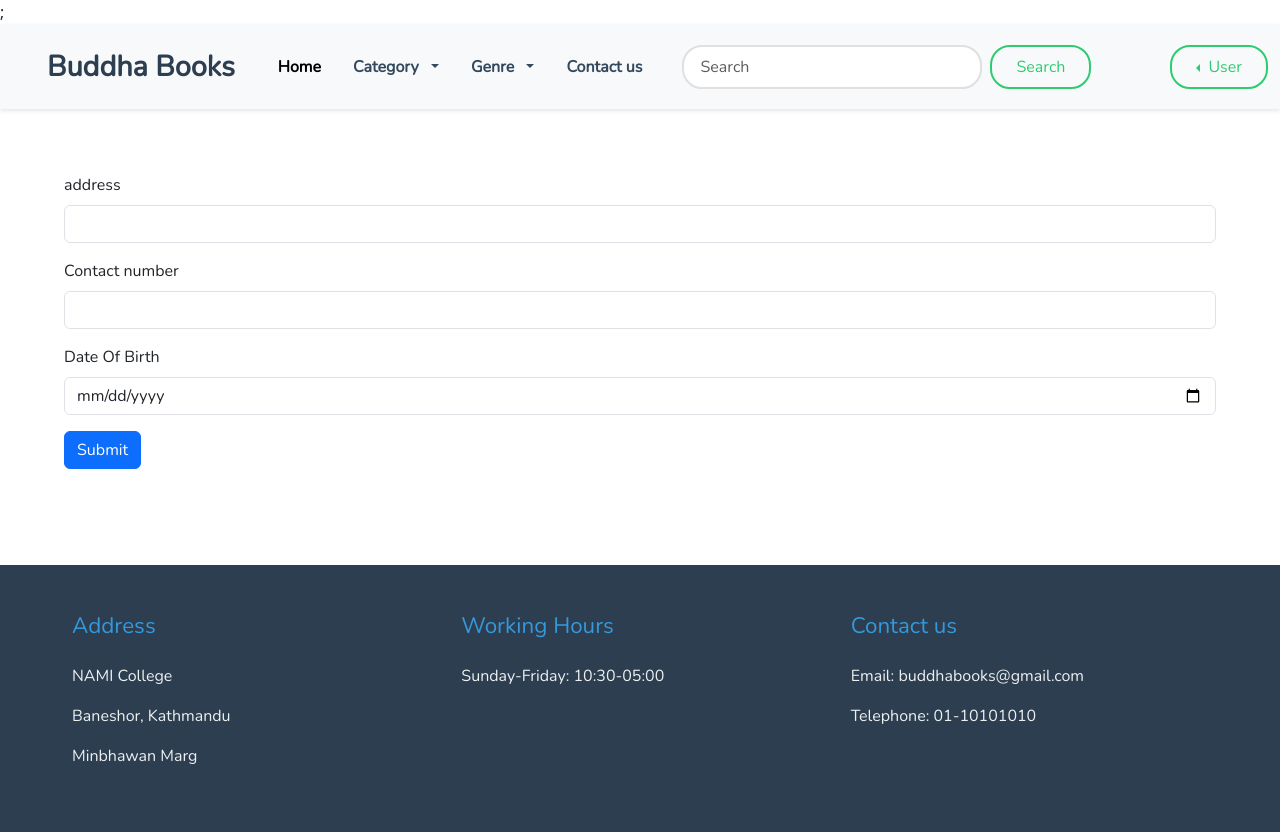
Repository: Shuprawal/Library-Management-System
Page: resources/views/addProfile.blade.php
The author's editor kept a copy of each file at every save. The page is drawn from the files as they stood at one save, then again after a run of saves.
The browser window is 1280 px wide. The pictures show the whole page.
Some web libraries are served in a nearby version. The page is served by the project's Laravel application, run on PHP 8.4 with Laravel 12. Other server files are loaded and not shown. The database holds what the project's SQL file puts in it. The template is opened directly, without the code that normally fills it, so the values that code supplies are empty.

Above is the page before, as saved 2024-12-29 12:43:31.

### app/Providers/AppServiceProvider.php
<?php

namespace App\Providers;

use App\Models\Publisher;
use Illuminate\Support\ServiceProvider;
use Illuminate\Support\Facades\View;
use App\Models\Genre;
use App\Models\Author;
use App\Models\Book;
class AppServiceProvider extends ServiceProvider
{
    /**
     * Register any application services.
     */
    public function register(): void
    {
        //
    }

    /**
     * Bootstrap any application services.
     */
    public function boot(): void
    {
        //
        View::composer(['kitab', 'allbooklist', 'layouts.try'], function ($view) {
            $view->with('genres', Genre::all());
        });

        View::composer(['kitab', 'allbooklist', 'layouts.try'], function ($view) {
            $view->with('authors', Author::all());
        });

        View::composer(['kitab', 'allbooklist', 'layouts.try'], function ($view) {
            $view->with('publishers', Publisher::all());
        });

        View::composer(['list', 'index'], function ($view) {
            $view->with('books', Book::with(['authors', 'genres', 'publisher'])->get());
        });


        // View::composer('book', function ($view) {
        //     $view->with('book', function () {
        //         // Retrieve the book ID from the route
        //         $id = request()->route('id');

        //         // Fetch the book along with related models
        //         return Book::with(['authors', 'genres', 'publisher'])->findOrFail($id);
        //     });
        // });
        // public function index()
        // {
        //     $books = Book::with(['authors', 'genres', 'publisher'])->get();
        //     return view('allbooklist', compact('books'));
        // }
    }
}

### routes/web.php
<?php
use App\Http\Controllers\BookController;
use App\Http\Controllers\AuthorController;
use App\Http\Controllers\PublisherController;
use App\Http\Controllers\ProfileController;
use App\Http\Controllers\GenreController;
use Illuminate\Support\Facades\Route;
use Illuminate\Support\Facades\Auth;
use Laravel\Jetstream\Http\Controllers\Inertia\UserProfileController;

Route::get('/login', function () {
    return view('login');
})->name('login');

Route::get('/data', function () {
    return view('data');
});

Route::middleware([
    'auth:sanctum',
    config('jetstream.auth_session'),
    'verified',
])->group(function () {
    Route::get('/dashboard', function () {
        return view('dashboard');
    })->name('dashboard');
});

Route::get('/new', function () {
    return view('new');
});

Route::get('/', function () {
    return view('index');
})->name('home');



Route::get('/allist', function () {
    return view('authorlist');
})->name('authorlist');

Route::get('/addauthor', function () {
    return view('author.addauthor');
});


Route::get('/book', function () {
    return view('book');
})->name('book');

Route::get('/book2', function () {
    return view('book2');
})->name('book2');

Route::get('/booklist', function () {
    return view('booklist');
});

Route::get('/add', function () {
    return view('add');
});

Route::get('/addbook', function () {
    return view('addbook');
});

Route::get('/kitab', function () {
    return view('kitab');
})->name('kitab');

Route::get('/addmore', function () {
    return view('addmore');
});

Route::get('/addgenre', function () {
    return view('addgenre');
});

Route::get('/addpublisher', function () {
    return view('addpublisher');
});

Auth::routes();

// Route::get('/home', [App\Http\Controllers\HomeController::class, 'index'])->name('index');

// Route ::get('addpublisher',[PublisherController::class, 'index'])->name('publisher.index');
// Route ::get('addpublisher',[PublisherController::class, 'create'])->name('publisher.create');
// Route ::post('pulish',[PublisherController::class, 'store'])->name('publisher.store');


// Display a list of publishers (index)
Route::get('publishers', [PublisherController::class, 'index'])->name('publisher.index');

// Display the form to add a publisher (create)
Route::get('addpublisher', [PublisherController::class, 'create'])->name('publisher.create');

// Store the new publisher (store)
Route::post('addpublisher', [PublisherController::class, 'store'])->name('publisher.store');
Route::post('addpublisher', [PublisherController::class, 'store'])->name('publisher.store');
Route::post('kitab', [BookController::class, 'store'])->name('book.store');






Route::get('genres', [GenreController::class, 'index'])->name('genre.index');


Route::get('addgenre', [GenreController::class, 'create'])->name('genre.create');


Route::post('addgenre', [GenreController::class, 'store'])->name('genre.store');

// Route::get('/books/{genre}', [BookController::class, 'listByGenre'])->name('booklist');




Route::get('authors', [AuthorController::class, 'index'])->name('author.index');


Route::get('addauthor', [AuthorController::class, 'create'])->name('author.create');


Route::post('addauthor', [AuthorController::class, 'store'])->name('author.store');




Route::get('books', [BookController::class, 'index'])->name('book.index');


Route::get('kitab', [BookController::class, 'create'])->name('book.create');


Route::post('kitab', [BookController::class, 'store'])->name('book.store');

// Route::post('/kitab', [BookController::class, 'store']);

Route::get('/addNewBook',function(){
    return view('addNewBook');
})->name('new');


Route::get('/list', function () {
    return view('list');
})->name('list');


// Route::get('/booklist', function () {
//     return view('booklist');
// })->name('booklist');

Route::get('authorlist', [AuthorController::class, 'index'])->name('authorlist');
Route::delete('autorlist/{id}', [AuthorController::class, 'destroy'])->name('delete_author');

Route::get('genrelist', [GenreController::class, 'index'])->name('genrelist');
Route::delete('genrelist/{id}', [GenreController::class, 'destroy'])->name('delete_genre');

Route::get('publisherlist', [PublisherController::class, 'index'])->name('publisherlist');
Route::delete('publisher/{id}', [PublisherController::class, 'destroy'])->name('delete_publisher');


Route::get('allbooklist', [BookController::class, 'index'])->name('allbooklist');
Route::delete('allbooklist/{id}', [BookController::class, 'destroy'])->name('delete_book');

Route::get('/book/{id}', [BookController::class, 'show'])->name('book');


 Route::post('/publisherEdit/{id}', [PublisherController::class, 'edit'])->name('publisher_edit');


Route::get('/publisherEdit/{id}', [PublisherController::class, 'edit'])->name('publisher_edit');
Route::put('/publisherEdit/{id}', [PublisherController::class, 'update'])->name('publisher_update');



Route::post('/authorEdit/{id}', [AuthorController::class, 'edit'])->name('author_edit');


Route::get('/authorEdit/{id}', [AuthorController::class, 'edit'])->name('author_edit');
Route::put('/authorEdit/{id}', [AuthorController::class, 'update'])->name('author_update');


Route::post('/genreEdit/{id}',[GenreController::class,'edit'])->name('genre_edit');
Route::get('/genreEdit/{id}',[GenreController::class,'edit'])->name('genre_edit');
Route::put('genreEdit/{id}',[GenreController::class,'update'])->name('genre_update');

Route::get('bookEdit/{id}',[BookController::class,'edit'])->name('book_edit');
Route::post('bookEdit/{id}',[BookController::class,'edit'])->name('book_edit');
Route::put('bookEdit/{id}',[BookController::class,'update'])->name('book_update');

 Route::get('booklist/{id}',[BookController::class,'getBooksByGenre'])->name('booklist');







//  show profile

Route::middleware('auth')->group(function(){

    Route::get('profile',[ProfileController::class,'show'])->name('showProfile');
    Route::get('addprofile',[ProfileController::class,'create'])->name('profilecreate');
});

### resources/views/addProfile.blade.php
@extends('layouts.try');
@section('hom-body')
<form action="{{route('profilecreate')}}" method="Post" class="m-3 p-5">
@csrf


  <div class="mb-3">
    <label for="exampleAddress" class="form-label">address</label>
    <input type="text" class="form-control" id="exampleInputAddress1">

  </div>
  <div class="mb-3">
    <label for="exampleInputContact" class="form-label">Contact number</label>
    <input type="text" class="form-control" id="exampleInputContact1">
  </div>

  <div class="mb-3">
    <label for="exampleInputDOB" class="form-label">Date Of Birth</label>
    <input type="date" class="form-control" id="exampleInputDOB">
  </div>

  <button type="submit" class="btn btn-primary">Submit</button>

</form>
@endsection

### app/Models/Genre.php
<?php

namespace App\Models;

use Illuminate\Database\Eloquent\Model;

class Genre extends Model
{
    protected $fillable = ['name'];

    public function books() {
        return $this->belongsToMany(Book::class, 'book_genres', 'genre_id', 'book_id');
    }
}

### app/Models/Author.php
<?php

namespace App\Models;

use Illuminate\Database\Eloquent\Model;

class Author extends Model
{
    protected $fillable = ['name'];

    // In Author Model
    public function books() {
        return $this->belongsToMany(Book::class, 'book_authors', 'authorID', 'bookID');
    }



}

### app/Models/Publisher.php
<?php

namespace App\Models;

use Illuminate\Database\Eloquent\Model;

class Publisher extends Model
{
    protected $fillable = ['name'];

    public function books() {
        return $this->hasMany(Book::class, 'publisherID','id');
    }
}

### library management system database.sql (the tables this page reads)
CREATE TABLE `authors` (
  `id` bigint(20) UNSIGNED NOT NULL,
  `name` varchar(255) NOT NULL,
  `created_at` timestamp NULL DEFAULT NULL,
  `updated_at` timestamp NULL DEFAULT NULL
) ENGINE=InnoDB DEFAULT CHARSET=utf8mb4 COLLATE=utf8mb4_unicode_ci;

INSERT INTO `authors` (`id`, `name`, `created_at`, `updated_at`) VALUES
(1, 'ram', '2024-12-23 05:53:07', '2024-12-23 05:53:07'),
(2, 'showan', '2024-12-23 05:53:38', '2024-12-23 05:53:38'),
(4, 'Nishan', '2024-12-23 06:12:34', '2024-12-23 06:12:34'),
(7, 'author one two', '2024-12-26 06:05:45', '2024-12-27 19:07:31'),
(8, 'Jane Austen', '2024-12-26 08:37:50', '2024-12-26 08:37:50'),
(9, 'Harper Lee', '2025-01-04 03:07:21', '2025-01-04 03:07:21'),
(10, 'Harold Bloom', '2025-01-04 03:16:23', '2025-01-04 03:16:23'),
(11, 'Sylvia Plath', '2025-01-04 03:23:03', '2025-01-04 03:23:03'),
(12, 'Don DeLillo', '2025-01-04 03:30:40', '2025-01-04 03:30:40'),
(13, 'Kazuo Ishiguro', '2025-01-04 03:41:48', '2025-01-04 03:41:48'),
(14, 'Hilary Mantel', '2025-01-04 03:48:40', '2025-01-04 03:48:40'),
(15, 'Marilynne Robinson', '2025-01-04 04:29:46', '2025-01-04 04:29:46'),
(16, 'Chimamanda Ngozi Adichie', '2025-01-04 04:37:14', '2025-01-04 04:37:14'),
(17, 'Buddhi Sagar', '2025-01-04 04:43:20', '2025-01-04 04:43:20'),
(18, 'Sudheer Sharma', '2025-01-04 04:49:10', '2025-01-04 04:49:10'),
(19, 'Thaddeus Kertzmann', '2025-01-05 00:06:17', '2025-01-05 00:06:17'),
(20, 'Marilie Wilkinson', '2025-01-05 00:06:17', '2025-01-05 00:06:17'),
(21, 'Rusty Johns', '2025-01-05 00:06:17', '2025-01-05 00:06:17'),
(22, 'Gunnar Lueilwitz', '2025-01-05 00:06:17', '2025-01-05 00:06:17'),
(23, 'Valentine Schowalter', '2025-01-05 00:06:17', '2025-01-05 00:06:17'),
(24, 'Henry Ortiz IV', '2025-01-05 00:06:17', '2025-01-05 00:06:17'),
(25, 'Edwina Schinner', '2025-01-05 00:06:17', '2025-01-05 00:06:17'),
(26, 'Jalon Johnson', '2025-01-05 00:06:17', '2025-01-05 00:06:17'),
(27, 'Kattie Lubowitz', '2025-01-05 00:06:17', '2025-01-05 00:06:17'),
(28, 'Dr. Forrest Rau', '2025-01-05 00:06:17', '2025-01-05 00:06:17'),
(29, 'Prof. Ian Hahn MD', '2025-01-05 00:06:17', '2025-01-05 00:06:17'),
(30, 'Mylene Gutmann', '2025-01-05 00:06:17', '2025-01-05 00:06:17'),
(31, 'Jamison Erdman III', '2025-01-05 00:06:17', '2025-01-05 00:06:17'),
(32, 'Jimmie Rohan', '2025-01-05 00:06:17', '2025-01-05 00:06:17'),
(33, 'Mr. Merritt Willms MD', '2025-01-05 00:06:17', '2025-01-05 00:06:17');

ALTER TABLE `authors`
  ADD PRIMARY KEY (`id`);

ALTER TABLE `authors`
  MODIFY `id` bigint(20) UNSIGNED NOT NULL AUTO_INCREMENT, AUTO_INCREMENT=34;

CREATE TABLE `genres` (
  `id` bigint(20) UNSIGNED NOT NULL,
  `name` varchar(255) NOT NULL,
  `created_at` timestamp NULL DEFAULT NULL,
  `updated_at` timestamp NULL DEFAULT NULL
) ENGINE=InnoDB DEFAULT CHARSET=utf8mb4 COLLATE=utf8mb4_unicode_ci;

INSERT INTO `genres` (`id`, `name`, `created_at`, `updated_at`) VALUES
(3, 'Action', '2024-12-23 05:19:01', '2024-12-27 19:37:51'),
(5, 'comedy', '2024-12-24 17:54:38', '2024-12-24 17:54:38'),
(6, 'Fantasy', '2024-12-24 17:55:35', '2024-12-24 17:55:35'),
(7, 'Horror', '2024-12-24 17:56:06', '2024-12-24 17:56:06'),
(8, 'Science Fiction', '2024-12-24 17:56:37', '2024-12-24 17:56:37'),
(9, 'Thriller', '2024-12-24 17:56:55', '2024-12-24 17:56:55'),
(10, 'Mystery', '2024-12-24 17:57:08', '2024-12-24 17:57:08'),
(12, 'Romance', '2024-12-26 08:34:08', '2024-12-26 08:34:08'),
(13, 'Fiction', '2024-12-26 08:34:22', '2024-12-26 08:34:22'),
(14, 'Biography', '2024-12-28 06:43:40', '2025-01-05 06:57:52'),
(15, 'Novel', '2025-01-04 03:15:48', '2025-01-04 03:15:48');

ALTER TABLE `genres`
  ADD PRIMARY KEY (`id`);

ALTER TABLE `genres`
  MODIFY `id` bigint(20) UNSIGNED NOT NULL AUTO_INCREMENT, AUTO_INCREMENT=16;

CREATE TABLE `publishers` (
  `id` bigint(20) UNSIGNED NOT NULL,
  `created_at` timestamp NULL DEFAULT NULL,
  `updated_at` timestamp NULL DEFAULT NULL,
  `name` varchar(30) NOT NULL,
  `address` varchar(30) NOT NULL
) ENGINE=InnoDB DEFAULT CHARSET=utf8mb4 COLLATE=utf8mb4_unicode_ci;

INSERT INTO `publishers` (`id`, `created_at`, `updated_at`, `name`, `address`) VALUES
(1, '2024-12-21 04:33:17', '2025-01-05 06:52:00', 'Ram Publishers', 'kathmandu nepal'),
(2, '2024-12-21 04:41:55', '2025-01-05 06:52:34', 'New Publisher', 'kathmandu'),
(3, '2024-12-21 17:25:32', '2025-01-05 06:51:39', 'We Publish', 'kathmandu'),
(5, '2024-12-21 23:50:11', '2025-01-05 06:50:56', 'rama', 'atlanta'),
(6, '2024-12-21 23:50:31', '2025-01-05 06:51:16', 'hari', 'New York, United States'),
(10, '2024-12-26 04:18:17', '2024-12-26 04:18:17', 'pub one', 'atlanta'),
(12, '2024-12-26 08:36:18', '2024-12-26 08:36:18', 'Dover Publications', 'New York, United States'),
(13, '2025-01-04 03:06:46', '2025-01-04 03:06:46', 'Bibliomania', 'Egypt'),
(14, '2025-01-04 03:15:05', '2025-01-04 03:15:05', 'Infobase', 'New York, United States'),
(15, '2025-01-04 03:30:24', '2025-01-04 03:30:24', 'Viking Adult', 'United States'),
(16, '2025-01-04 03:41:30', '2025-01-04 03:41:30', 'Faber and Faber', 'United Kingdom'),
(17, '2025-01-04 03:49:05', '2025-01-04 03:49:05', 'Fourth Estate', 'United Kingdom'),
(18, '2025-01-04 04:30:34', '2025-01-04 04:30:34', 'Farrar Straus and Giroux', 'United States'),
(19, '2025-01-04 04:42:50', '2025-01-04 04:42:50', 'FinePrint Publication', 'Nepal'),
(20, '2025-01-04 04:50:07', '2025-01-04 04:50:07', 'Kitab Publishers', 'Kathmandu, Nepal'),
(21, '2025-01-05 00:28:20', '2025-01-05 00:28:20', 'Williamson Ltd', '6306 Goodwin Shoals Apt. 309\nL'),
(22, '2025-01-05 00:28:20', '2025-01-05 00:28:20', 'Labadie, Hermiston and Bins', '60562 Gaylord Street Suite 597'),
(23, '2025-01-05 00:28:20', '2025-01-05 00:28:20', 'Watsica Inc', '8086 Eulalia Orchard\nPort Alis'),
(24, '2025-01-05 00:28:20', '2025-01-05 00:28:20', 'Mann and Sons', '68884 O\'Keefe Point\nIgnatiusmo'),
(25, '2025-01-05 00:28:20', '2025-01-05 00:28:20', 'Hermiston Ltd', '2903 Kilback Street\nPadbergfur'),
(26, '2025-01-05 00:28:20', '2025-01-05 00:28:20', 'Kiehn, Steuber and Herzog', '848 Unique Locks Apt. 760\nEast'),
(27, '2025-01-05 00:28:20', '2025-01-05 00:28:20', 'Nicolas and Sons', '834 Effertz Pine Suite 736\nPet'),
(28, '2025-01-05 00:28:20', '2025-01-05 00:28:20', 'Maggio Group', '9788 Koss Mount Apt. 425\nVinni'),
(29, '2025-01-05 00:28:20', '2025-01-05 00:28:20', 'Erdman Inc', '770 Ariel Ranch Apt. 969\nUpton'),
(30, '2025-01-05 00:28:20', '2025-01-05 00:28:20', 'Hermiston, Cremin and O\'Keefe', '2780 Jazmyne Stravenue\nElfried'),
(31, '2025-01-05 00:28:20', '2025-01-05 00:28:20', 'Schimmel Ltd', '225 Stephanie Greens\nSouth Alt'),
(32, '2025-01-05 00:28:20', '2025-01-05 00:28:20', 'Kunze, Dach and Miller', '9410 Gertrude View\nEast Mathew');

ALTER TABLE `publishers`
  ADD PRIMARY KEY (`id`);

ALTER TABLE `publishers`
  MODIFY `id` bigint(20) UNSIGNED NOT NULL AUTO_INCREMENT, AUTO_INCREMENT=33;

Loaded but not shown: app/Http/Controllers/Auth/ConfirmPasswordController.php (common file); app/Http/Controllers/Controller.php (common file); resources/views/layouts/try.blade.php (469 lines, source omitted)

After the next 11 saves:
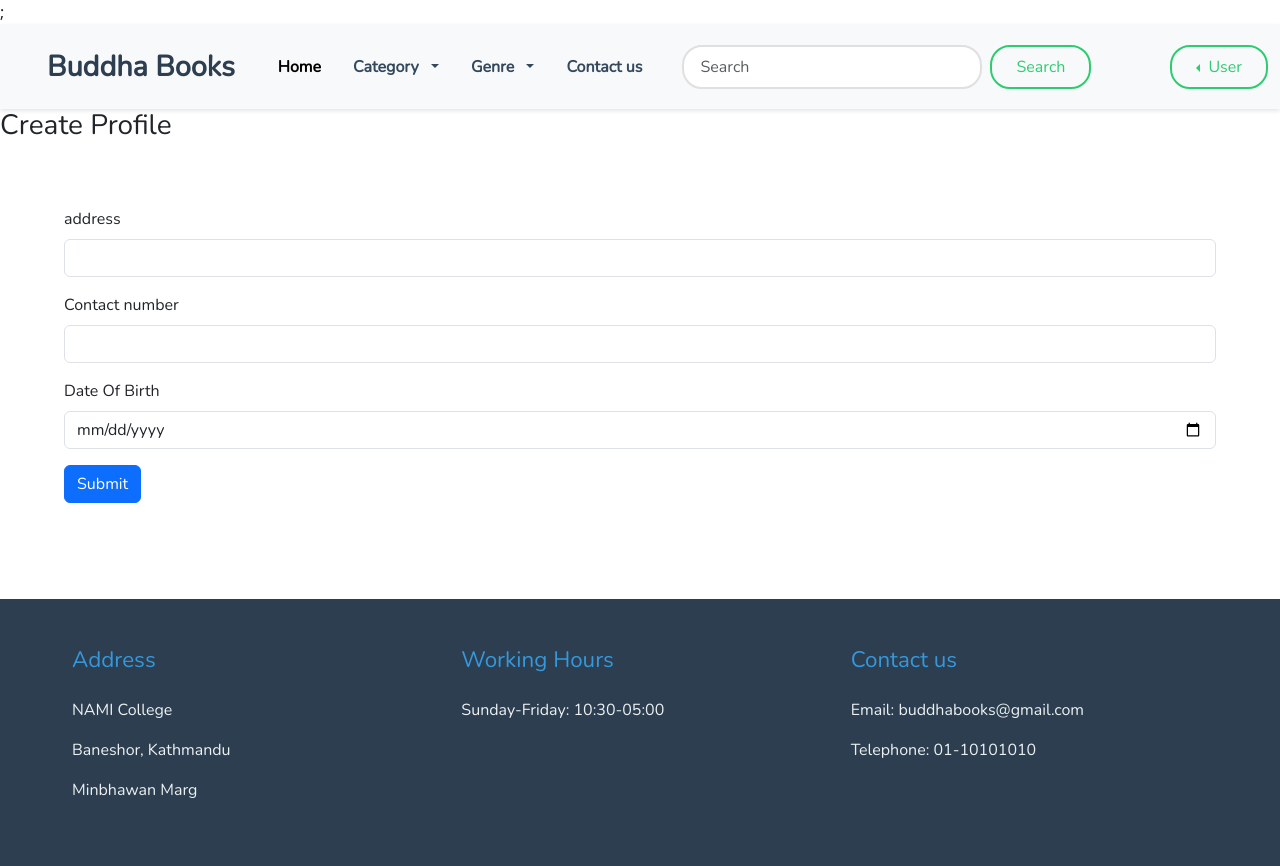
The 11 saves are shown as one change because they came seconds apart.
The last was saved 32 s later.
--- a/resources/views/addProfile.blade.php
+++ b/resources/views/addProfile.blade.php
@@ -1,8 +1,8 @@
 @extends('layouts.try');
 @section('hom-body')
+<h3 fw >Create Profile</h3>
 <form action="{{route('profilecreate')}}" method="Post" class="m-3 p-5">
 @csrf
-
 
   <div class="mb-3">
     <label for="exampleAddress" class="form-label">address</label>
